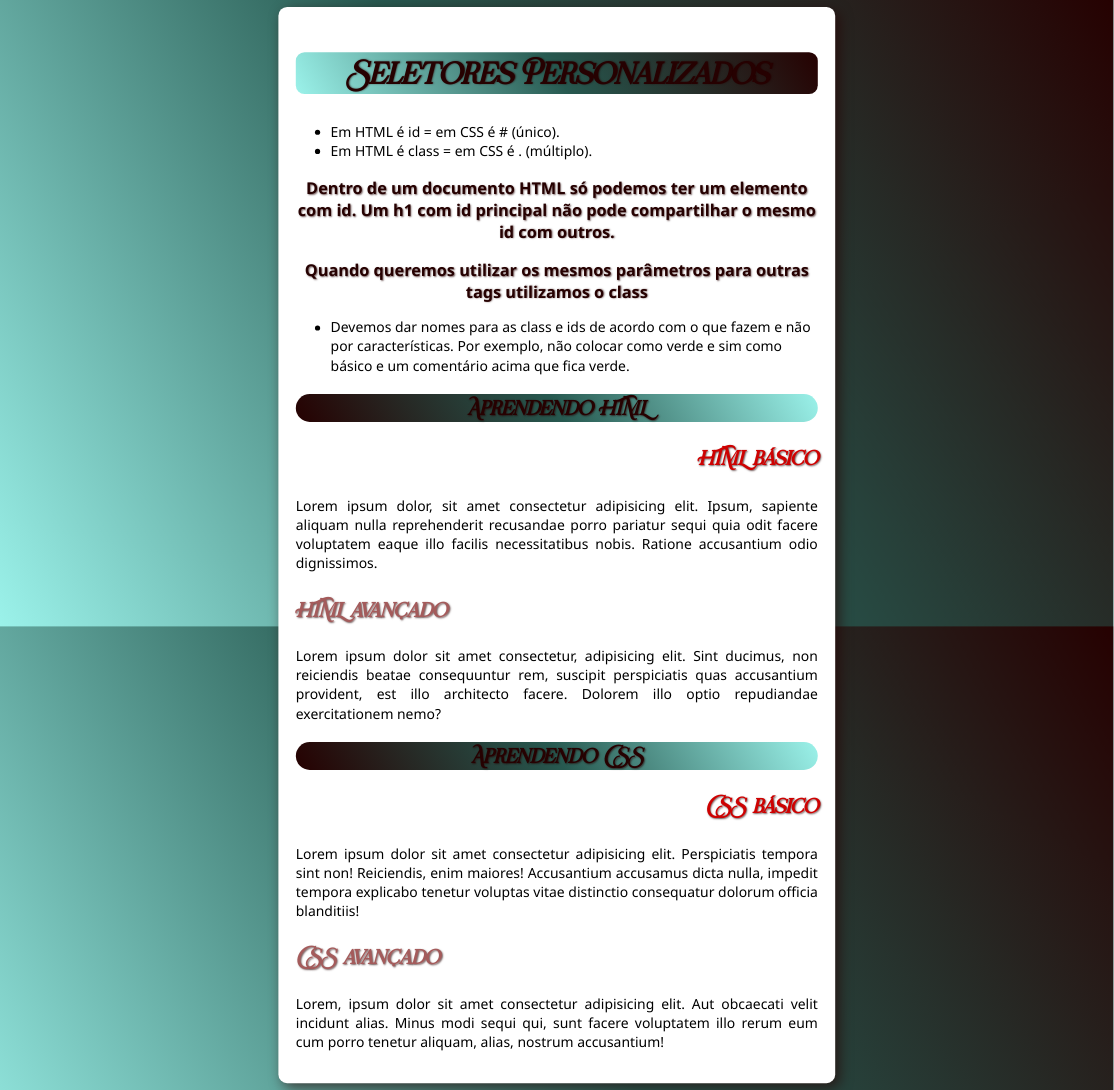
Repository: Willcmorais/vscode-workspace
Page: html-css/curso-em-video/modulo02/estudos/ex024-seletores-personaliz/index.html
The author's editor kept a copy of each file at every save. The page is drawn from the files as they stood at one save, then again after a run of saves.
The browser window is 1280 px wide. The pictures show the whole page, at 87% of full size.
Backgrounds fixed to the window are drawn as part of the page.

Above is the page before, as saved 2024-09-23 10:13:11.

### html-css/curso-em-video/modulo02/estudos/ex024-seletores-personaliz/index.html
<!DOCTYPE html>
<html lang="pt-br">

<head>
    <meta charset="UTF-8">
    <meta name="viewport" content="width=device-width, initial-scale=1.0">
    <title>Usando o id com CSS</title>
    <link rel="stylesheet" href="style.css">
    <style>
        @font-face {
            font-family: 'Rusilla';
            src: url('fonts/Rusillaserif-Regular.ttf') format('opentype');
            font-weight: normal;
            font-style: normal;
        }
    </style>
</head>

<body>
    <main>
        <h1 id="principal">Seletores Personalizados</h1>
        <ul>
            <li>Em HTML é id = em CSS é # (único).</li>
            <li>Em HTML é class = em CSS é . (múltiplo).</li>
        </ul>
        <h3>Dentro de um documento HTML só podemos ter um elemento com id. Um h1 com id principal não pode compartilhar
            o mesmo id com outros.</h3>
        <h3>Quando queremos utilizar os mesmos parâmetros para outras tags utilizamos o class</h3>
        <ul>
            <li>Devemos dar nomes para as class e ids de acordo com o que fazem e não por características. Por exemplo,
                não
                colocar como verde e sim como básico e um comentário acima que fica verde.</li>
        </ul>
        <h1 class="principal">Aprendendo HTML</h1>
        <h2 class="basico">HTML básico</h2>
        <p>Lorem ipsum dolor, sit amet consectetur adipisicing elit. Ipsum, sapiente aliquam nulla reprehenderit
            recusandae porro pariatur sequi quia odit facere voluptatem eaque illo facilis necessitatibus nobis. Ratione
            accusantium odio dignissimos.</p>
        <h2 class="avancado">HTML avançado</h2>
        <p>Lorem ipsum dolor sit amet consectetur, adipisicing elit. Sint ducimus, non reiciendis beatae consequuntur
            rem, suscipit perspiciatis quas accusantium provident, est illo architecto facere. Dolorem illo optio
            repudiandae exercitationem nemo?</p>
        <h1 class="principal">Aprendendo CSS</h1>
        <h2 class="basico">CSS básico</h2>
        <p>Lorem ipsum dolor sit amet consectetur adipisicing elit. Perspiciatis tempora sint non! Reiciendis, enim
            maiores! Accusantium accusamus dicta nulla, impedit tempora explicabo tenetur voluptas vitae distinctio
            consequatur dolorum officia blanditiis!</p>
        <h2 class="avancado">CSS avançado</h2>
        <p>Lorem, ipsum dolor sit amet consectetur adipisicing elit. Aut obcaecati velit incidunt alias. Minus modi
            sequi qui, sunt facere voluptatem illo rerum eum cum porro tenetur aliquam, alias, nostrum accusantium!</p>

    </main>

</body>

</html>

### html-css/curso-em-video/modulo02/estudos/ex024-seletores-personaliz/style.css
@charset "utf8";

* {
    /*safe combination, ele usa a primeira letra q achar*/
    font-family: 'Segoe UI', Tahoma, Geneva, Verdana, sans-serif;
}

body {
    background-image: linear-gradient(-120deg, #260101, #275950, #9BF2EA);
    background-attachment: fixed;
}

img {
    /* As imagens são inline por padrão, então precisamos torná-las block */
    display: block;
    /* Centraliza horizontalmente */
    margin: 0 auto;
}

main {
    background-color: white;
    /*arredonda as bordas*/
    border-radius: 10px;
    /*1 parametro é o lado da sombra, 2 é para baixo, 3 é o quanto espalha e 4 o quanto de transparência tem(ou cor)*/
    box-shadow: 5px 5px 15px rgba(38, 1, 1, 0.619);
    /*largura do recorte*/
    width: 600px;
    /*distancia das bordas com o conteúdo*/
    padding: 20px;
    /*altera automaticamente a margem para o centro da tela*/
    margin: auto;
}

h1#principal {
    font: italic bolder 3em 'Rusilla';
    text-align: center;
    color: #260101;
    background-image: linear-gradient(-120deg, #260101, #275950, #9BF2EA);
    border-radius: 10px;
    /*mesmos parametros para o box-shadow*/
    text-shadow: 1px 1px 2px rgba(38, 1, 1, 0.615);
}

.principal {
    font: italic bold 2em 'Rusilla';
    text-align: center;
    color: #260101;
    background-image: linear-gradient(-120deg, #9BF2EA, #275950, #260101);
    border-radius: 30px;
    /*mesmos parametros para o box-shadow*/
    text-shadow: 1px 1px 2px rgba(38, 1, 1, 0.615);
}

.basico {
    font: italic bold 2em 'Rusilla';
    text-align: right;
    color: #ce0101;
    border-radius: 30px;
    /*mesmos parametros para o box-shadow*/
    text-shadow: 1px 1px 2px rgba(38, 1, 1, 0.615);
}

.avancado {
    font: italic bold 2em 'Rusilla';
    color: #a45b5b;
    border-radius: 30px;
    /*mesmos parametros para o box-shadow*/
    text-shadow: 1px 1px 2px rgba(38, 1, 1, 0.615);
}

h1 {
    text-align: center;
    color: #260101;
    /*mesmos parametros para o box-shadow*/
    text-shadow: 1px 1px 2px rgba(38, 1, 1, 0.615);
}

h2 {
    color: #260101;
    text-shadow: 1px 1px 2px rgba(38, 1, 1, 0.615);
}

h3 {
    text-align: center;
    color: #260101;
    text-shadow: 1px 1px 2px rgba(38, 1, 1, 0.615);
}

p {
    text-align: justify;
}

After the next 2 saves:
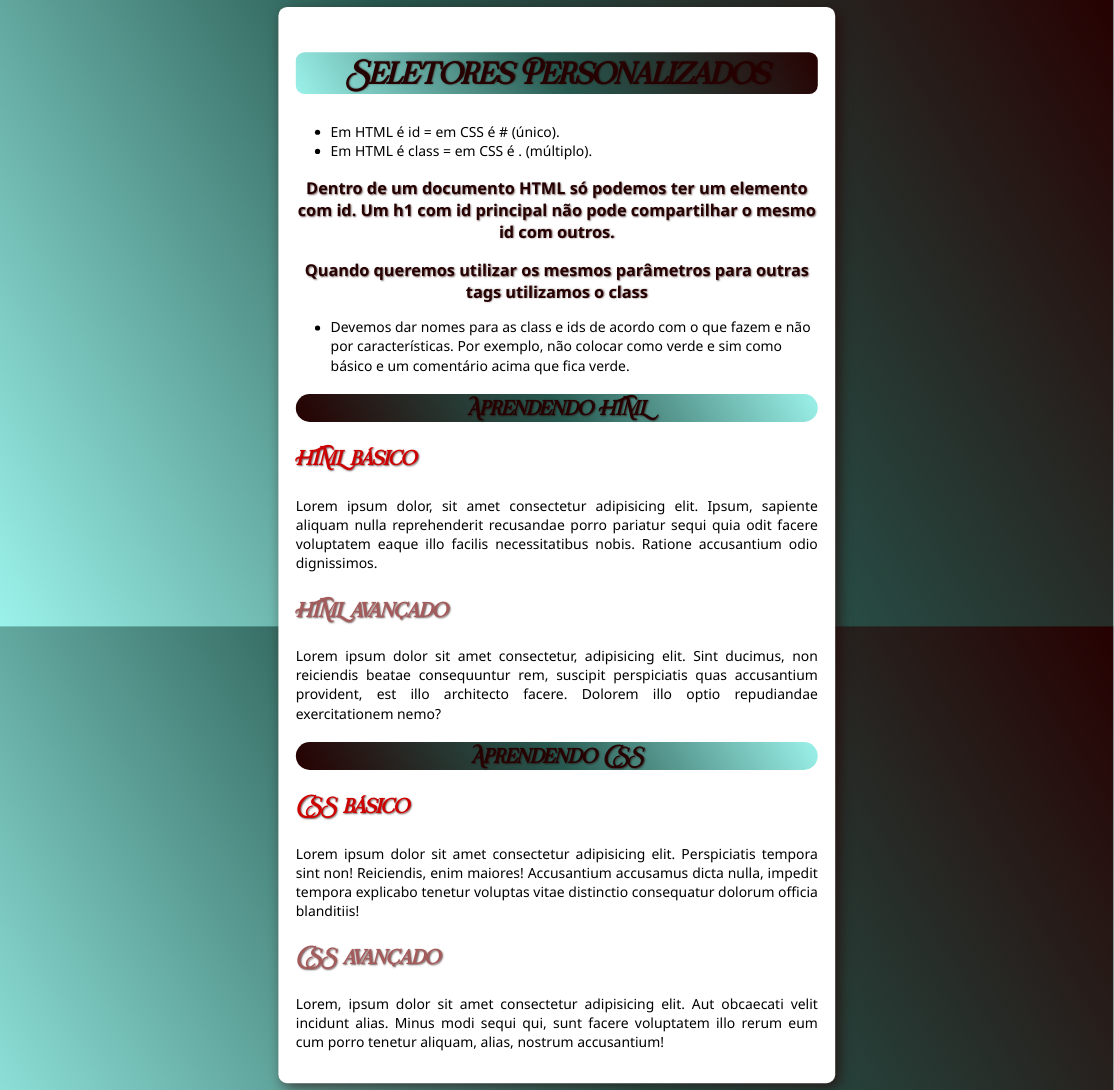
The 2 saves are shown as one change because they came seconds apart.
The last was saved 5 s later.
--- a/html-css/curso-em-video/modulo02/estudos/ex024-seletores-personaliz/style.css
+++ b/html-css/curso-em-video/modulo02/estudos/ex024-seletores-personaliz/style.css
@@ -53,7 +53,6 @@ h1#principal {
 
 .basico {
     font: italic bold 2em 'Rusilla';
-    text-align: right;
     color: #ce0101;
     border-radius: 30px;
     /*mesmos parametros para o box-shadow*/
